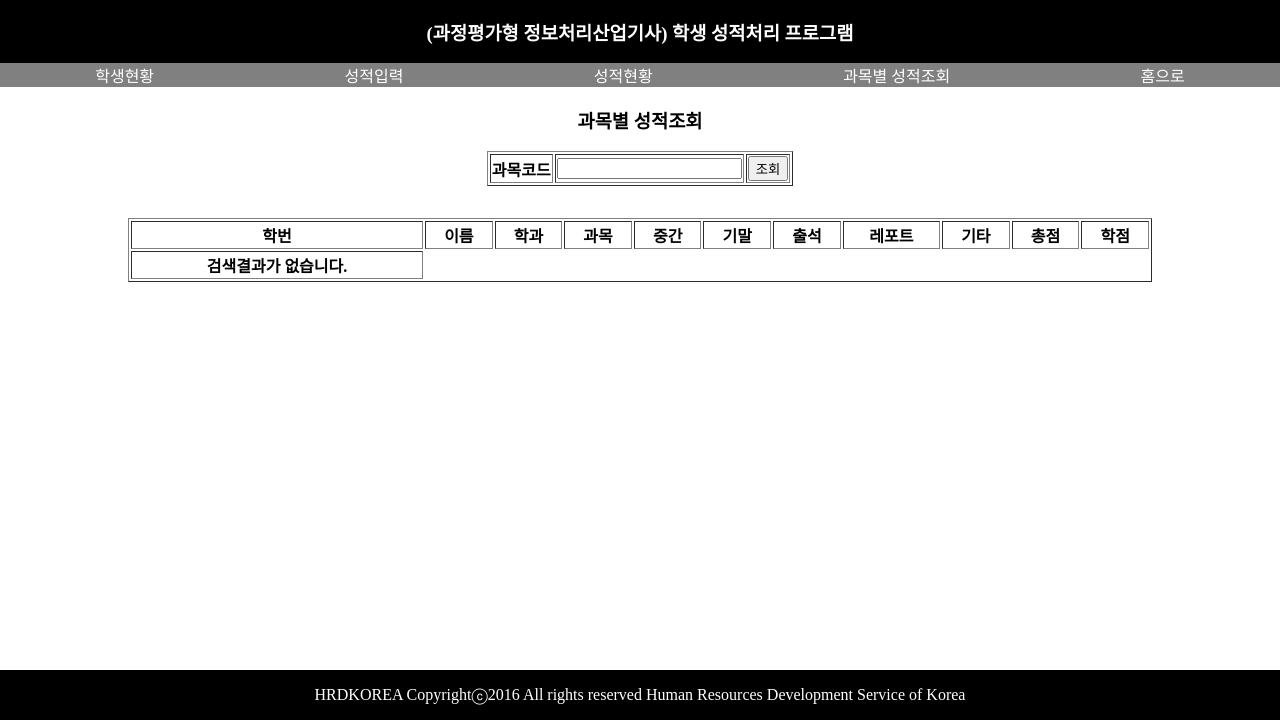
Repository: junjuny0227/jsp
Page: http://localhost/HRD_02/sub4Action.jsp
These files come from the project's save history. The page is drawn as it stood at one moment and after the next save; the edit follows.
The browser window is 1280 px wide. The pictures show the whole page.
The page is served by Tomcat 9. Queries for data that is not in the repository find no rows.

Above is the page before, as saved 2025-05-09 10:39:25.

After the next save:
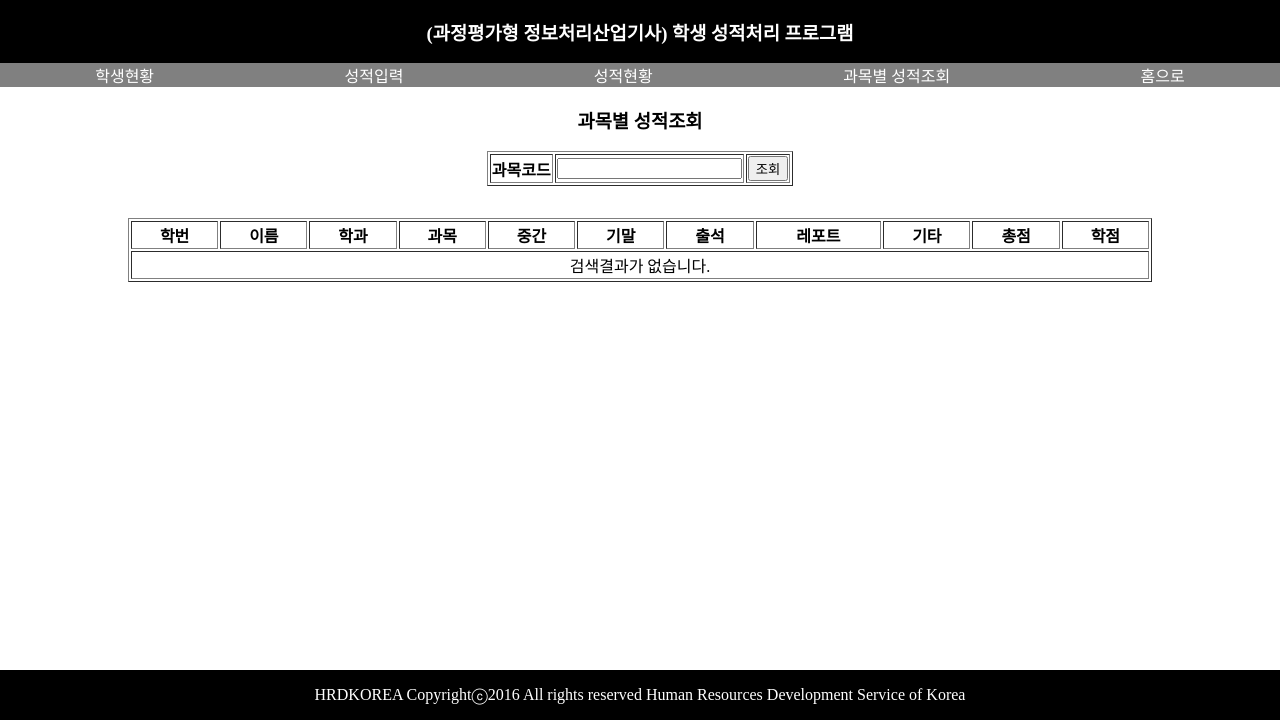
Saved 33 s later.
--- a/HRD_02/src/main/webapp/sub4Action.jsp
+++ b/HRD_02/src/main/webapp/sub4Action.jsp
@@ -67,28 +67,32 @@ List<SubjectDTO> list = dao.selectSub4(searchSubcode);
           <th>학점</th>
         </tr>
         <% if (list.size() == 0) { %>
-        <tr>
-          <th colspan="1">검색결과가 없습니다.</th>
-        </tr>
-        <% } else { %> <% for (SubjectDTO dto : list) { %>
-        <tr align="center">
-          <td><%=dto.getStuid()%></td>
-          <td><%=dto.getSname()%></td>
-          <td><%=dto.getDeptname()%></td>
-          <td><%=dto.getSubname()%></td>
-          <td><%=dto.getMidscore()%></td>
-          <td><%=dto.getFinalscore()%></td>
-          <td><%=dto.getAttend()%></td>
-          <td><%=dto.getReport()%></td>
-          <td><%=dto.getEtc()%></td>
+          <tr>
+            <td colspan="11" style="text-align: center">검색결과가 없습니다.</td>
+          </tr>
+        <% } else { %>
+          <% for (SubjectDTO dto : list) { %>
+            <tr align="center">
+          	  <td><%=dto.getStuid()%></td>
+              <td><%=dto.getSname()%></td>
+              <td><%=dto.getDeptname()%></td>
+              <td><%=dto.getSubname()%></td>
+              <td><%=dto.getMidscore()%></td>
+              <td><%=dto.getFinalscore()%></td>
+              <td><%=dto.getAttend()%></td>
+              <td><%=dto.getReport()%></td>
+              <td><%=dto.getEtc()%></td>
 
-          <% double total = dto.getTotal(); DecimalFormat df = new
-          DecimalFormat("0.0"); %>
+              <%
+              double total = dto.getTotal();
+              DecimalFormat df = new DecimalFormat("0.0");
+              %>
 
-          <td><%=df.format(total)%></td>
-          <td><%=dto.getGrade()%></td>
-        </tr>
-        <% } %> <% } %>
+              <td><%=df.format(total)%></td>
+              <td><%=dto.getGrade()%></td>
+            </tr>
+          <% } %>
+        <% } %>
       </table>
     </section>
 
